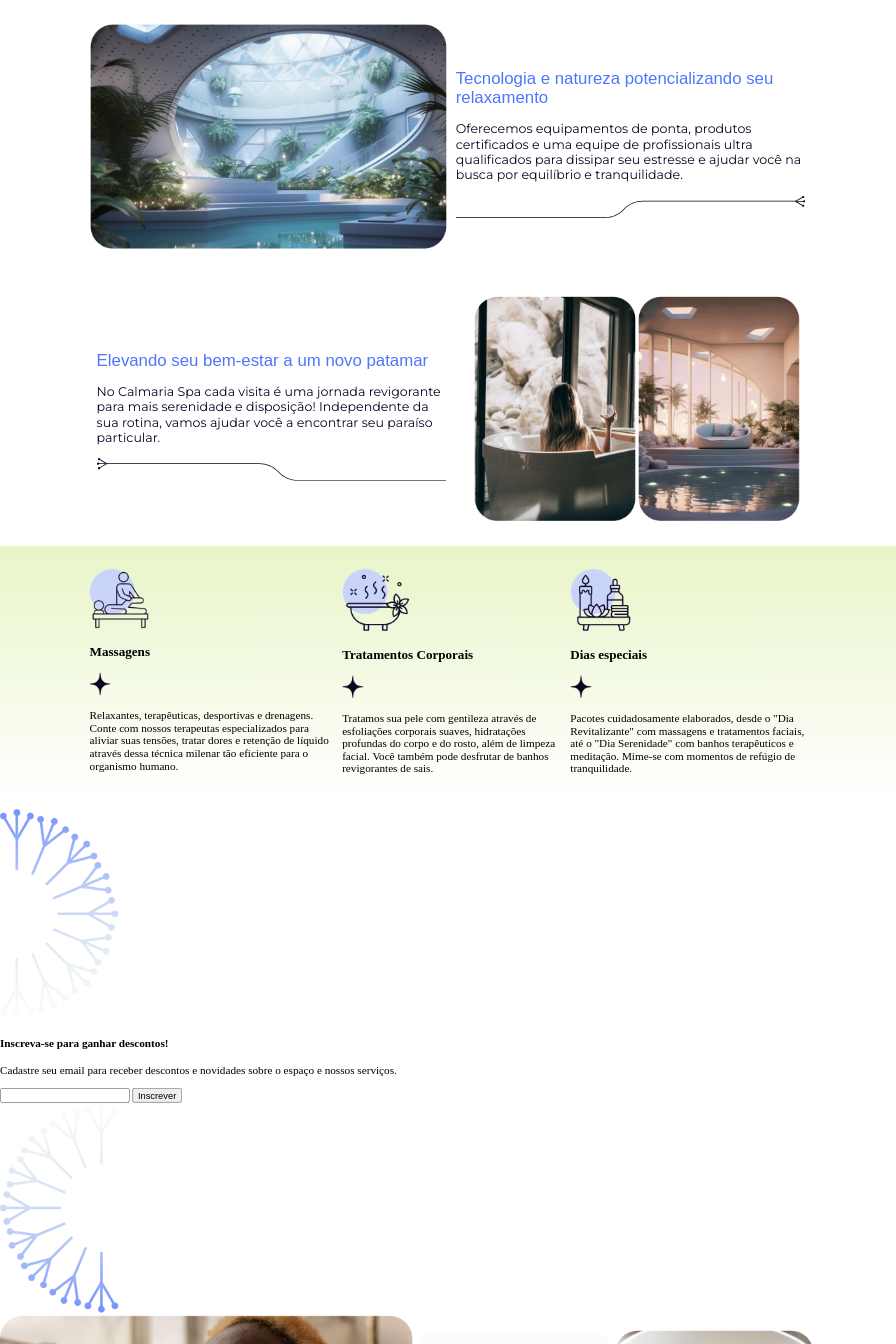
Repository: joaoPraiaJunior/curso-sass
Page: index.html
The author's editor kept a copy of each file at every save. The page is drawn from the files as they stood at one save, then again after the next save.
The browser window is 1280 px wide. The pictures show the part of the page from y = 815 to 2735 px (the page is 3333 px tall), at 70% of full size.
Some web fonts or font styles are not loaded; a fallback is used. The style sheet was rebuilt from its Sass, Less or Tailwind sources for each picture, by a compiler version that may differ from the author's.

Above is the page before, as saved 2024-07-06 17:21:24.

After the next save:
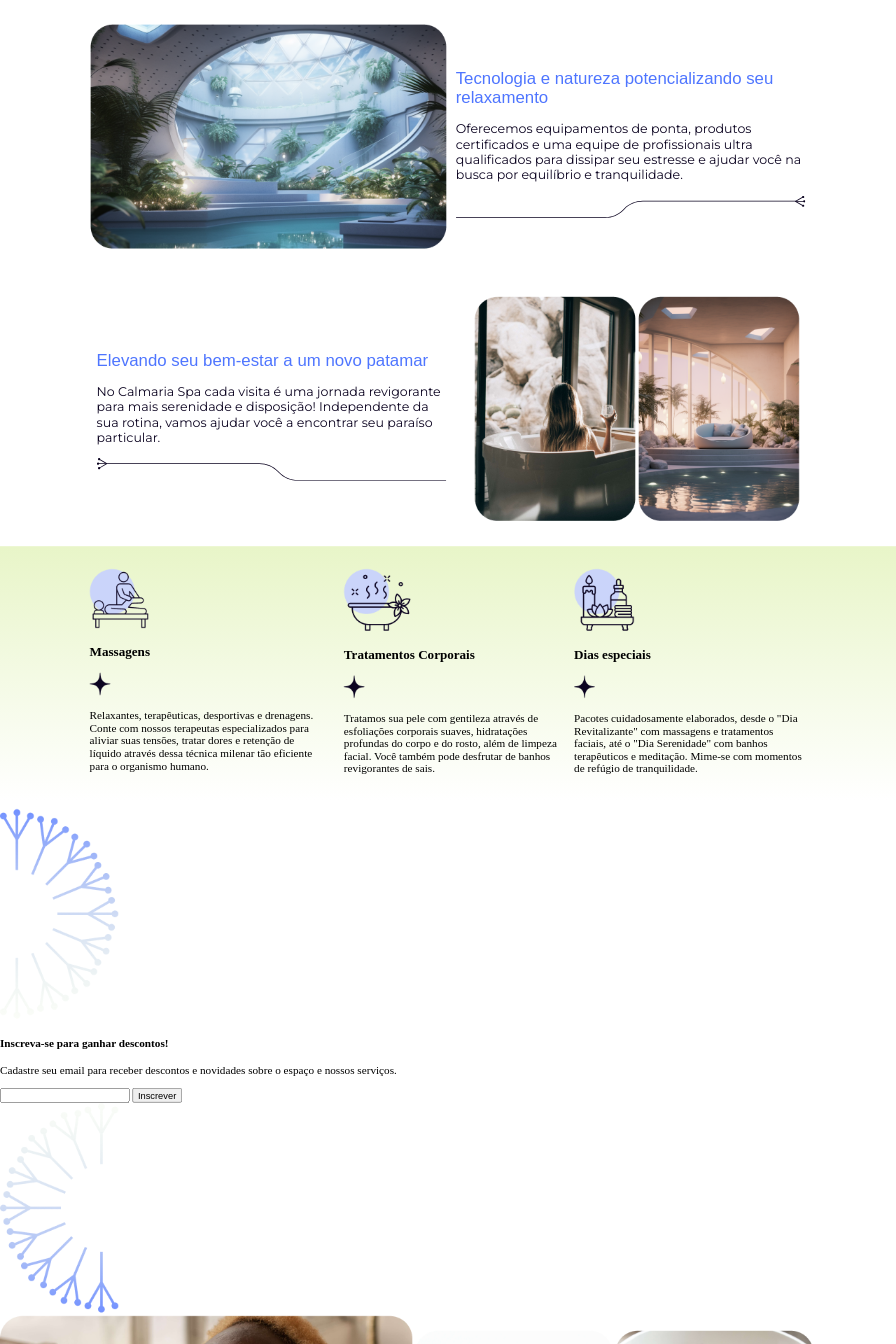
Saved 50 s later.
--- a/styles/components/_servicos.scss
+++ b/styles/components/_servicos.scss
@@ -6,7 +6,7 @@
 
     .cards {
         display: flex;
-        gap: 1.6rem;
+        gap: 2.4rem;
         @include mixins.margem-centralizada(80%);
         padding: 3.2rem 0;
     }
